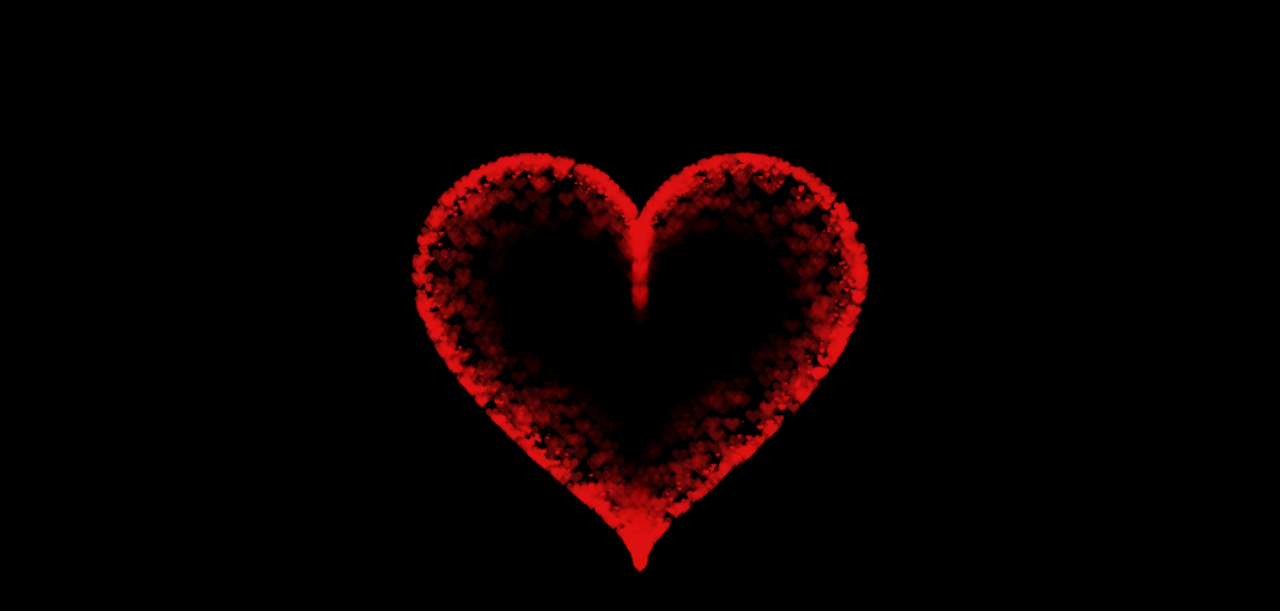
Repository: Mannj-nef/Heart-beat
Page: index.html
The author's editor kept a copy of each file at every save. The page is drawn from the files as they stood at one save, then again after the next save.
The browser window is 1280 px wide. The pictures show the whole page.

Above is the page before, as saved 2022-11-08 12:12:33.

After the next save:
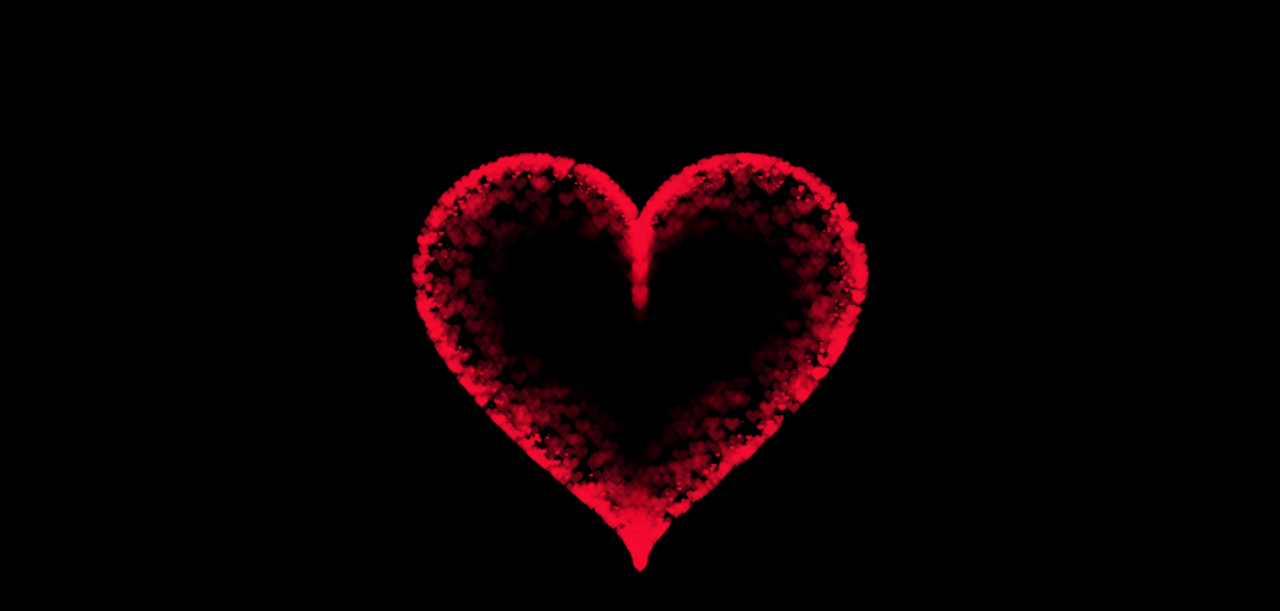
Saved 65 s later.
--- a/index.js
+++ b/index.js
@@ -209,7 +209,7 @@ var ParticlePool = (function () {
     }
     context.closePath();
     // create the fill
-    context.fillStyle = "#DE1414";
+    context.fillStyle = "#F40E32";
     context.fill();
     // create the image
     var image = new Image();
